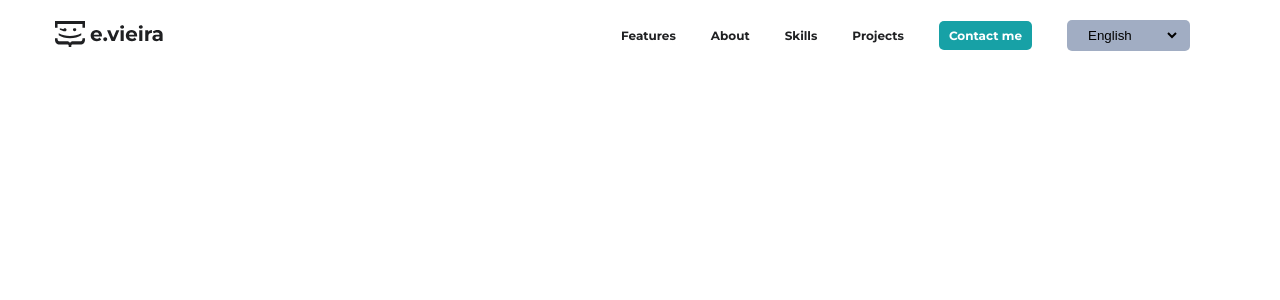
Repository: elissandrovieira/portfolio
Page: /
These files come from the project's save history. The page is drawn as it stood at one moment and after a run of saves; the edit follows.
The browser window is 1280 px wide. The pictures show the whole page.
The project was rebuilt for these pictures with package versions that can differ from the ones it lists, and the page was loaded fresh each time. The framework's server and built-in components were replaced by stand-ins that run in the browser. Also part of the build but not shown: next.config.js.

Above is the page before, as saved 2023-02-10 00:20:16.

After the next 4 saves:
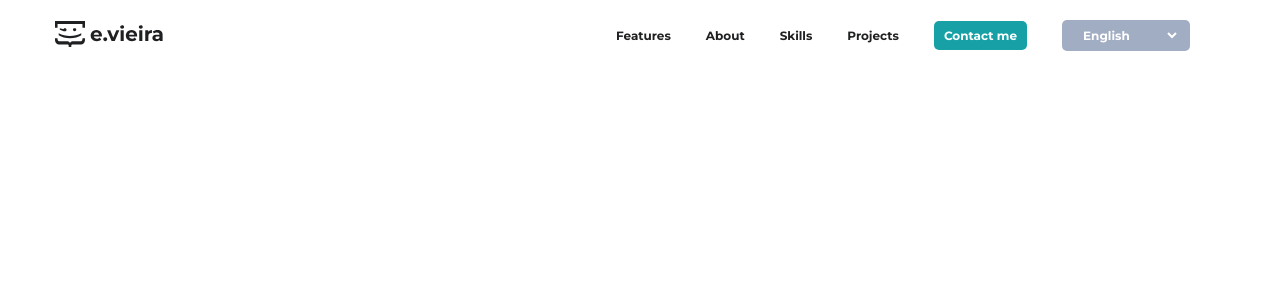
The 4 saves are shown as one change because they came seconds apart.
The last was saved 16 s later.
--- a/src/components/Header.js
+++ b/src/components/Header.js
@@ -40,6 +40,10 @@
 cursor: pointer;
 
   select{
+    font-family: 'Montserrat', sans-serif;
+    font-size: 12px;
+    font-weight: 700;
+    color: white;
     border: none;
     background: transparent;
     padding: 7px;
